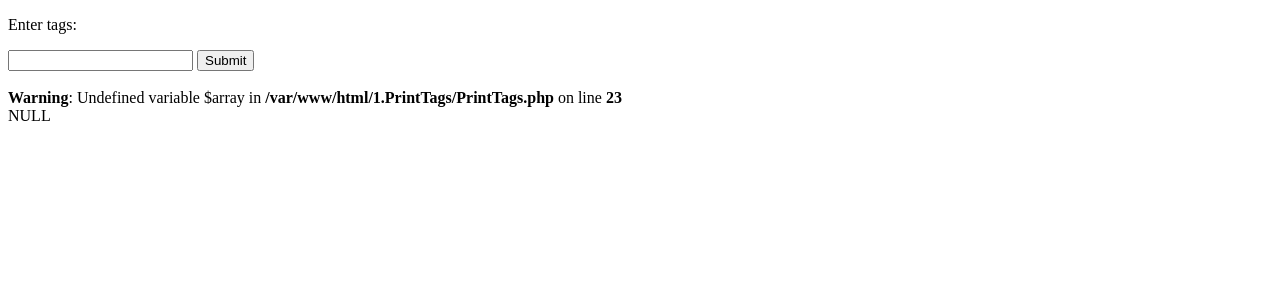
Repository: zhanivanov/PHP_Basics_Course_Homework
Page: http://localhost/1.PrintTags/PrintTags.php
The author's editor kept a copy of each file at every save. The page is drawn from the files as they stood at one save, then again after the next save.
The browser window is 1280 px wide. The pictures show the whole page.
The page is run by PHP 8.4 with error messages shown; the project is at /var/www/html/.

Above is the page before, as saved 2014-08-20 12:24:14.

After the next save:
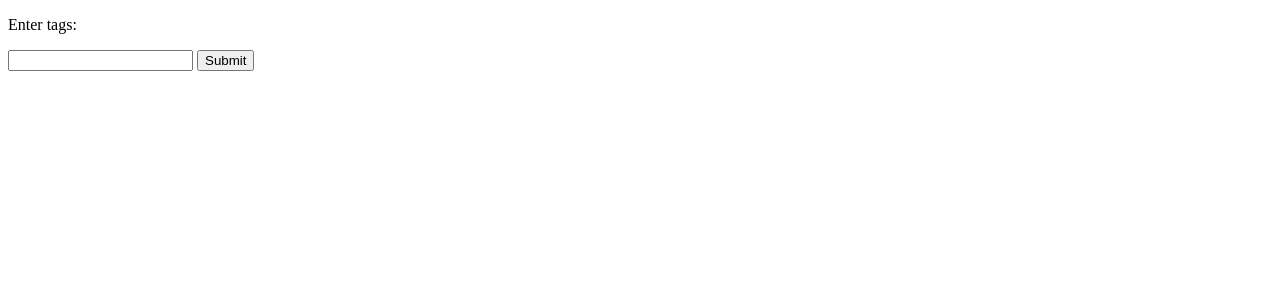
Saved 2 min 34 s later.
--- a/PHP_Working_With_Forms/1.PrintTags/PrintTags.php
+++ b/PHP_Working_With_Forms/1.PrintTags/PrintTags.php
@@ -19,6 +19,10 @@
 <?php
 if(isset($_GET['text-field'])){
     $array = preg_split("/, /", $_GET['text-field']);
+    $counter = 0;
+    foreach($array as $item){
+        print $counter++.":".$item;
+    }
 }
-    var_dump($array);
+
 ?>
